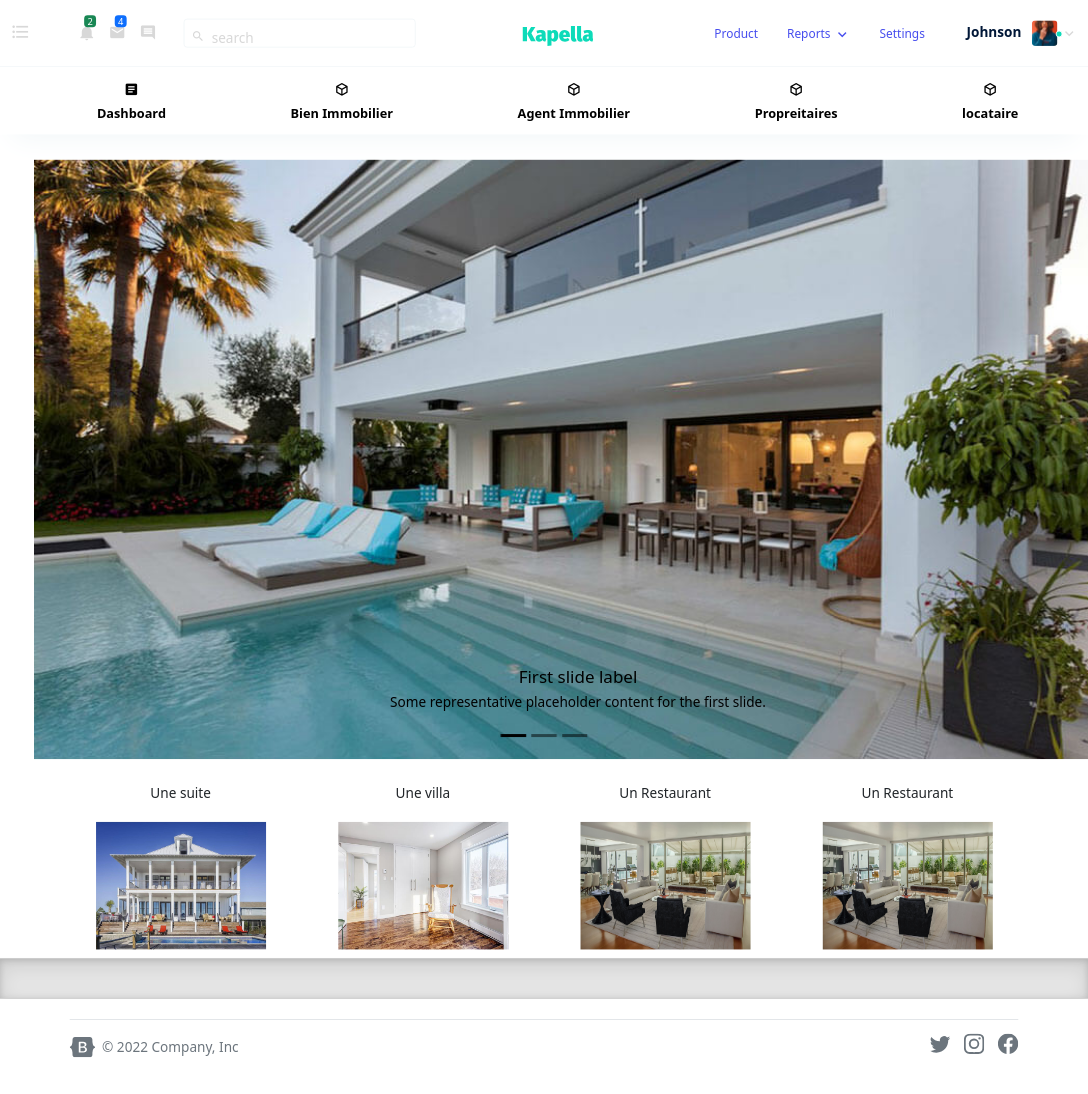
Repository: dimitri0004/Bien
Page: templates/dashbord/index.html.twig
These files come from the project's save history. The page is drawn as it stood at one moment and after the next save; the edit follows.
The browser window is 1280 px wide. The pictures show the whole page, at 85% of full size.
The page is a Twig template of a Symfony application; nobody is signed in and links lead nowhere. The template is opened directly, without the code that normally fills it, so the values that code supplies are empty.

Above is the page before, as saved 2023-04-05 01:39:49.
Console error: TypeError: Cannot read properties of null (reading 'addEventListener')

After the next save:
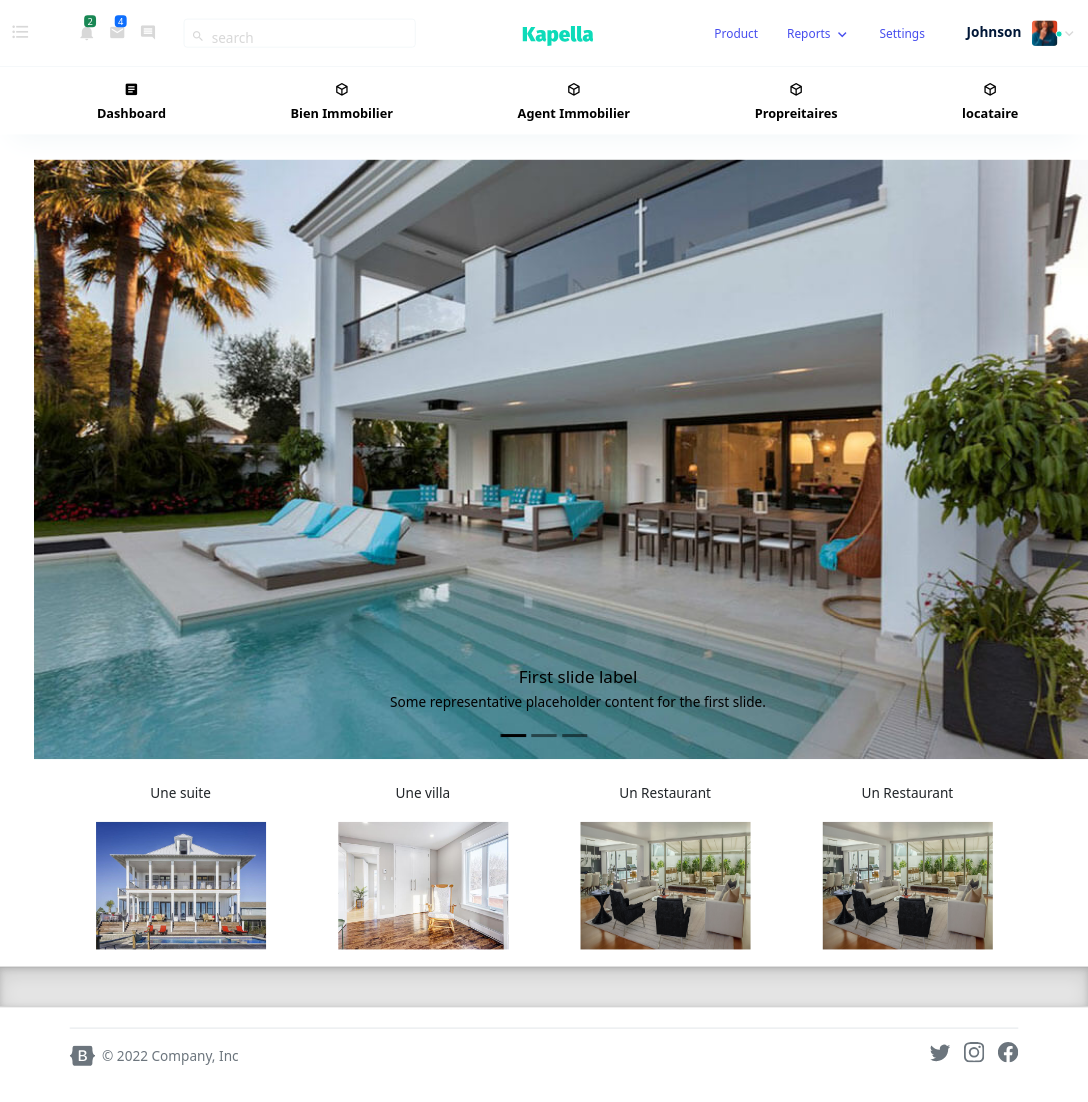
Saved 29 s later.
--- a/templates/dashbord/index.html.twig
+++ b/templates/dashbord/index.html.twig
@@ -43,7 +43,7 @@
         </button>
       </div>
 
-      <div class="container text-center" style="margin-bottom: 10px;">
+      <div class="container text-center" style="margin-bottom: 20px;">
         <div class="row">
             <div class="col" >
                 <p> Une suite</p>
